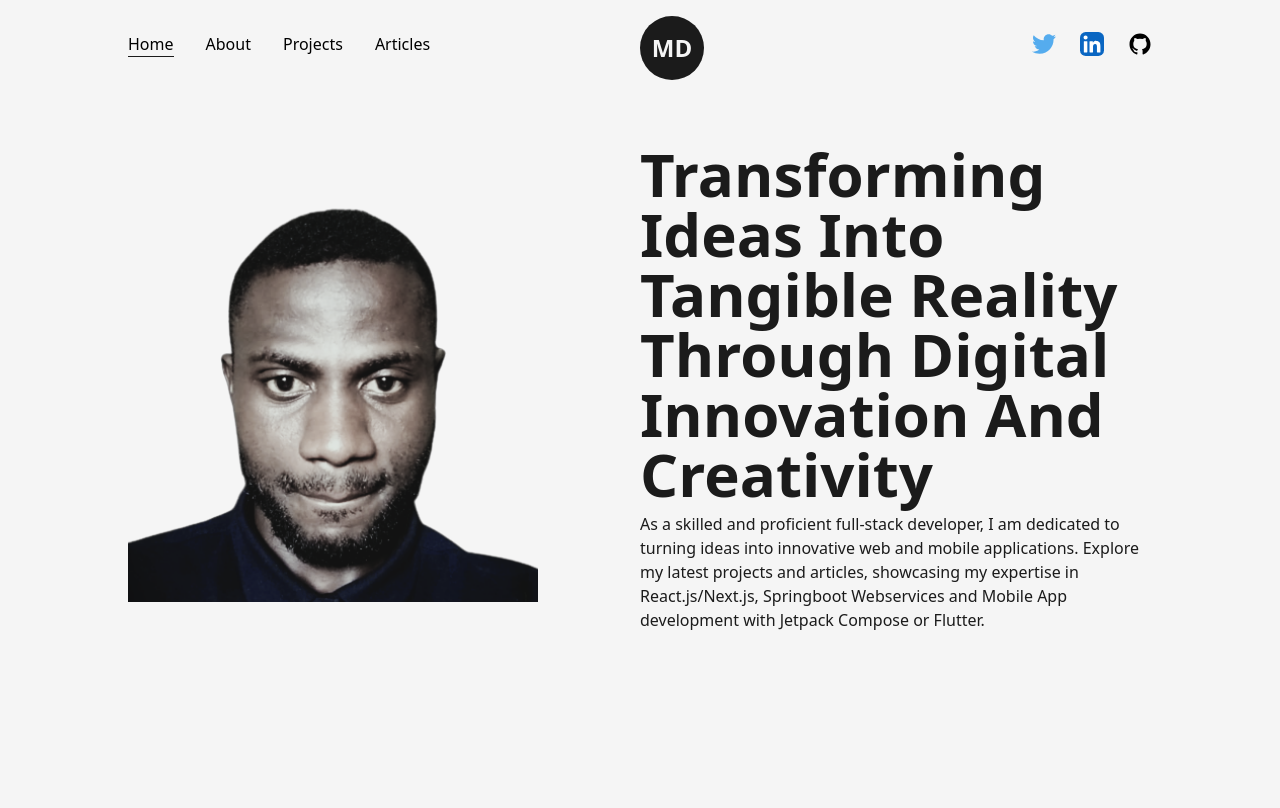
Repository: marcusdashe/situs
Page: /
The author's editor kept a copy of each file at every save. The page is drawn from the files as they stood at one save, then again after the next save.
The browser window is 1280 px wide. The pictures show the whole page.
The project was rebuilt for these pictures with package versions that can differ from the ones it lists, and the page was loaded fresh each time. The framework's server and built-in components were replaced by stand-ins that run in the browser.

Above is the page before, as saved 2023-06-15 18:11:08.

### src/pages/_app.js
import Navbar from "@/components/Navbar";
import "@/styles/globals.css";
import Head from "next/head";
// import { IBM_Plex_Sans } from "next/font/google";

// const ibm = IBM_Plex_Sans({
//   subsets: ["latin"],
//   variable: "--font-mont",
// });

export default function App({ Component, pageProps }) {
  return (
    <>
      <Head>
        <meta name="viewport" content="width=device-width, initial-scale=1" />
        <link rel="icon" href="/favicon.ico" />
      </Head>
      <main className={`  bg-light w-full min-h-screen`}>
        <Navbar />
        <Component {...pageProps} />
      </main>
    </>
  );
}

### src/components/Navbar.jsx
import React from "react";
import { useRouter } from "next/router";
import Link from "next/link";
import Logo from "./Logo";
import { TwitterIcon, GithubIcon, LinkedInIcon } from "./Icons";
import { motion } from "framer-motion";

const CustomLink = ({ href, title, className = "" }) => {
  const router = useRouter();

  return (
    <Link href={href} className={`${className} relative group`}>
      {title}
      <span
        className={`h-[1px] inline-block bg-dark absolute left-0 -bottom-0.5 group-hover:w-full transition-[width] ease duration-300 ${
          router.asPath === href ? "w-full" : "w-0"
        }`}
      >
        &nbsp;
      </span>
    </Link>
  );
};

const Navbar = () => {
  return (
    <header
      className="w-full px-32 py-8 font-medium
            flex items-center justify-between"
    >
      <nav>
        <CustomLink href="/" title="Home" className="mr-4" />
        <CustomLink href="/about" title="About" className="mx-4" />
        <CustomLink href="/projects" title="Projects" className="mx-4" />
        <CustomLink href="/articles" title="Articles" className="ml-4" />
      </nav>

      <nav className="flex items-center justify-center flex-wrap">
        <motion.a
          href="https://www.twitter.com/marcusdashe"
          target={"_blank"}
          whileHover={{
            y: -2,
          }}
          whileTap={{ scale: 0.9 }}
          className="w-6 mx-3"
        >
          <TwitterIcon className="" />
        </motion.a>
        <motion.a
          href="https://www.linkedin.com/in/marcus-dashe-15a088202"
          target={"_blank"}
          whileHover={{
            y: -2,
          }}
          whileTap={{ scale: 0.9 }}
          className="w-6 mx-3"
        >
          <LinkedInIcon />
        </motion.a>
        <motion.a
          href="https://www.github.com/marcusdashe"
          target={"_blank"}
          whileHover={{
            y: -2,
          }}
          whileTap={{ scale: 0.9 }}
          className="w-6 ml-3"
        >
          <GithubIcon />
        </motion.a>
      </nav>
      <div className="absolute left-[50%] top-2 translate-x-[-50]">
        <Logo />
      </div>
    </header>
  );
};

export default Navbar;

### src/styles/globals.css
@import url("https://fonts.googleapis.com/css2?family=IBM+Plex+Sans:ital,wght@0,100;0,200;0,300;1,100;1,200&family=Inter:wght@300;400;500;600;700;800;900&display=swap");

@tailwind base;
@tailwind components;
@tailwind utilities;

### src/components/Layout.jsx
import React from "react";

const Layout = ({ children, className = "" }) => {
  return (
    <div className={`${className} w-full inline-block z-0 bg-light p-32  `}>
      {children}
    </div>
  );
};

export default Layout;

### src/components/AnimatedText.jsx
import React from "react";
import { motion } from "framer-motion";

const quote = {
  initial: {
    opacity: 1,
  },
  animate: {
    opacity: 1,
    transition: {
      delay: 0.5,
      staggerChildren: 0.08,
    },
  },
};

const singleWord = {
  initial: {
    opacity: 0,
    y: 50,
  },
  animate: {
    opacity: 1,
    y: 0,
    transition: {
      duration: 1,
    },
  },
};

const AnimatedText = ({ text, className = "" }) => {
  return (
    <div className="w-full mx-auto py-2 flex items-center justify-center text-center overflow-hidden ">
      <motion.h1
        className={`inline-block w-full text-dark font-bold capitalize text-6xl ${className}`}
        variants={quote}
        initial="initial"
        animate="animate"
      >
        {text.split(" ").map((word, index) => (
          <motion.span
            key={index}
            className="inline-block"
            variants={singleWord}
          >
            {word}&nbsp;
          </motion.span>
        ))}
      </motion.h1>
    </div>
  );
};

export default AnimatedText;

### src/components/Logo.jsx
"use client";

import React from "react";
import Link from "next/link";
import { motion } from "framer-motion";

const MotionLink = motion(Link);

const Logo = () => {
  return (
    <div className="flex items-center justify-center mt-2">
      <MotionLink
        href="/"
        className="w-16 h-16 bg-dark text-light flex items-center
        justify-center rounded-full text-2xl font-bold hover
      "
        whileHover={{
          scale: 1.5,
          backgroundColor: [
            "#121212",
            "rgba(131,58,180,1)",
            "rgba(253,29,29,1)",
            "rgba(252,176,69,1)",
            "rgba(131,58,180,1)",
            "#121212",
          ],
          transition: {
            duration: 1,
            repeat: Infinity,
          },
        }}
      >
        MD
      </MotionLink>
    </div>
  );
};

export default Logo;

Loaded but not shown: src/pages/index.js (46 lines, source omitted); tailwind.config.js (27 lines, source omitted); src/components/Icons.jsx (463 lines, source omitted)

After the next save:
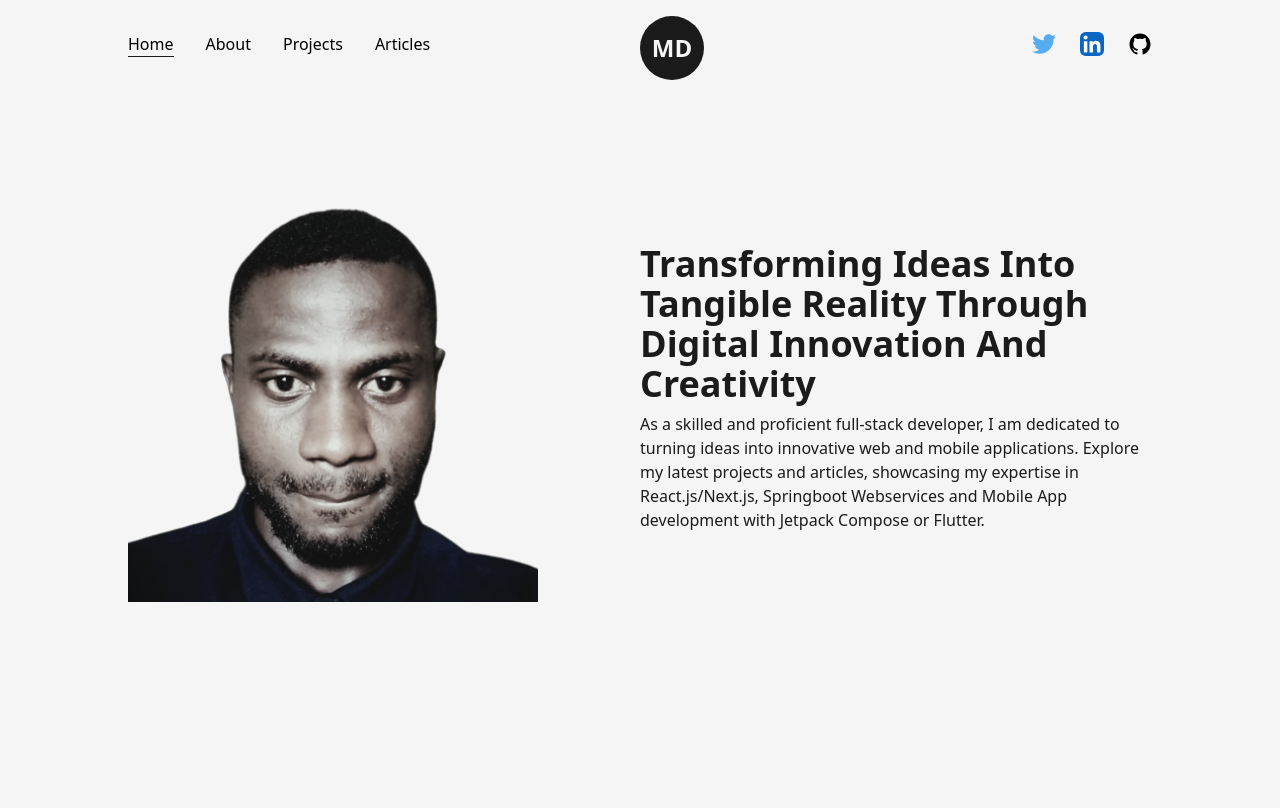
Saved 10 s later.
--- a/src/components/AnimatedText.jsx
+++ b/src/components/AnimatedText.jsx
@@ -32,7 +32,7 @@ const AnimatedText = ({ text, className = "" }) => {
   return (
     <div className="w-full mx-auto py-2 flex items-center justify-center text-center overflow-hidden ">
       <motion.h1
-        className={`inline-block w-full text-dark font-bold capitalize text-6xl ${className}`}
+        className={`inline-block w-full text-dark font-bold capitalize text-4xl ${className}`}
         variants={quote}
         initial="initial"
         animate="animate"
